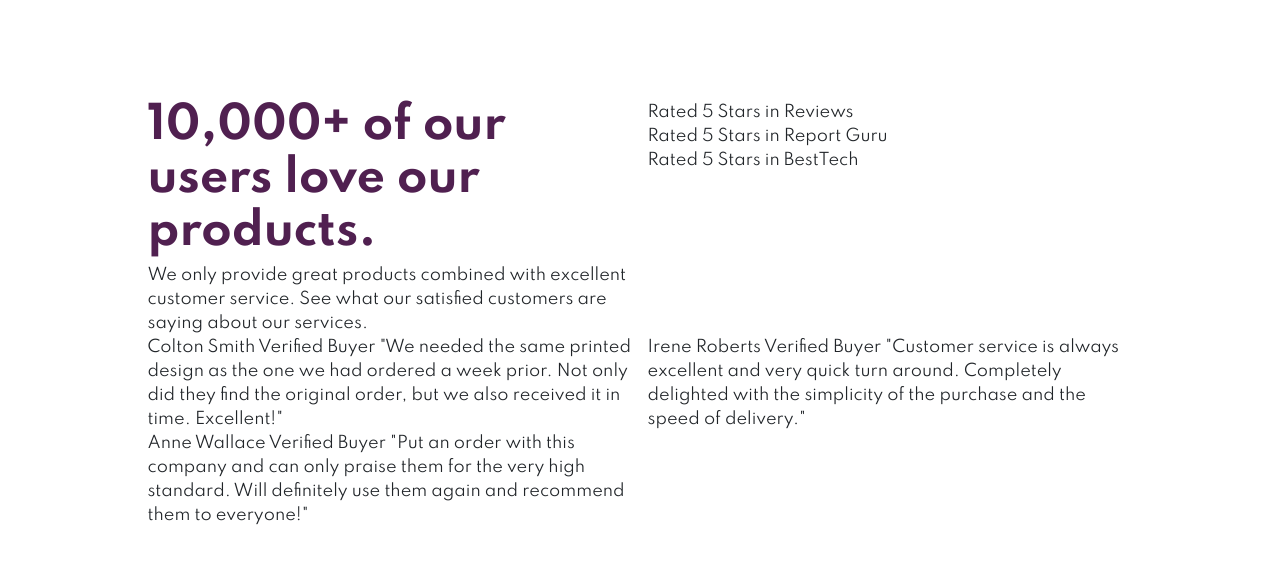
Repository: metehankasapp/social-proof-section-master
Page: index.html
The author's editor kept a copy of each file at every save. The page is drawn from the files as they stood at one save, then again after the next save.
The browser window is 1280 px wide. The pictures show the whole page.
Some web libraries are served in a nearby version.

Above is the page before, as saved 2021-12-05 07:57:22.

After the next save:
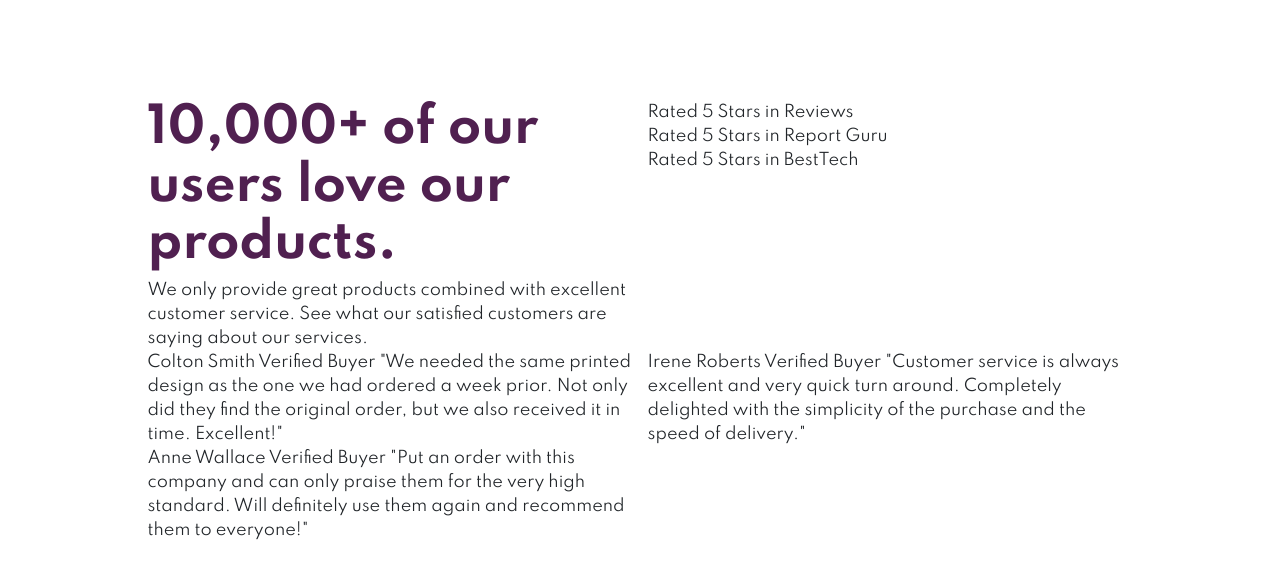
Saved 9 s later.
--- a/style.css
+++ b/style.css
@@ -21,6 +21,6 @@ body{
 
 .header-purple h5{
     font-weight: 700;
-    font-size: 44px;
+    font-size: 48px;
     color: hsl(300, 43%, 22%);
 }
